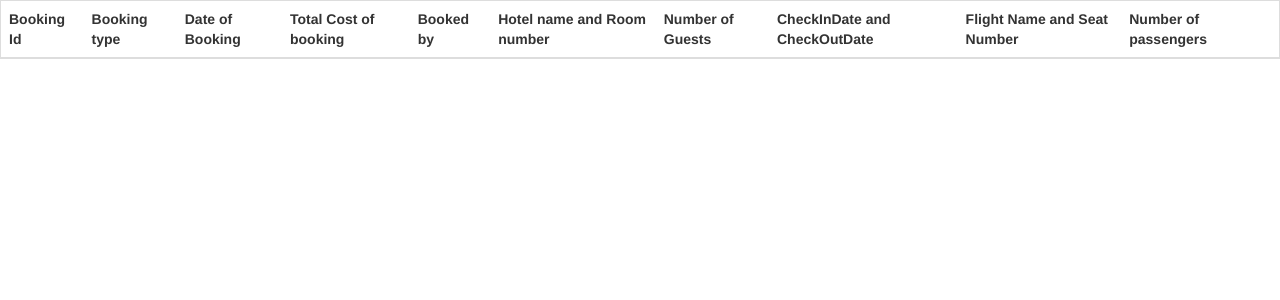
Repository: pparaska/Important
Page: http://localhost/website/WEB-INF/jsp/BookingInformation.jsp
The author's editor kept a copy of each file at every save. The page is drawn from the files as they stood at one save, then again after the next save.
The browser window is 1280 px wide. The pictures show the whole page.
The page is served by Tomcat 9. Nobody is signed in. Other server files are loaded and not shown. The template is opened directly, without the code that normally fills it, so the values that code supplies are empty.

Above is the page before, as saved 2019-02-15 07:45:59.

### Tripweb/website/src/main/webapp/WEB-INF/jsp/BookingInformation.jsp
<%@ page language="java" contentType="text/html; charset=ISO-8859-1"
	pageEncoding="ISO-8859-1"%>

<!DOCTYPE html>
<html>
<head>
<!-- Latest compiled and minified CSS -->
<link rel="stylesheet"
	href="https://maxcdn.bootstrapcdn.com/bootstrap/3.4.0/css/bootstrap.min.css">

<!-- jQuery library -->
<script
	src="https://ajax.googleapis.com/ajax/libs/jquery/3.3.1/jquery.min.js"></script>

<!-- Latest compiled JavaScript -->
<script
	src="https://maxcdn.bootstrapcdn.com/bootstrap/3.4.0/js/bootstrap.min.js"></script>
<meta charset="ISO-8859-1">
<title>Insert title here</title>
</head>
<body>
	<form action="bookingInformation">
		<table class="table">
			<thead class="table table-bordered table-dark">
				<tr>
					<th scope="col">Booking Id</th>
					<th scope="col">Booking type</th>
					<th scope="col">Date of Booking</th>
					<th scope="col">Total Cost of booking</th>
					<th scope="col">Booked by</th>
					<th scope="col">Hotel name and Room number</th>
					<th scope="col">Number of Guests</th>
					<th scope="col">CheckInDate and CheckOutDate</th>
					<th scope="col">Flight Name and Seat Number</th>
					<th scope="col">Number of passengers</th>
					<th>
				</tr>
			</thead>
			<tbody>

				<tr>
					<td>${bookingList.bookingID}</td>
					<td>${bookingList.bookingType}</td>
					<td>${bookingList.dateOfBooking}</td>
					<td>${bookingList.totalCost}</td>
					<td>${bookingList.bookedBy.fullName}</td>
					<td>${bookingList.hotel.hotelName} ${bookingList.room.roomNumber}</td>
					<td><!-- <a href=guestsDetails> -->${bookingList.numberOfGuest}</td>
					<td>${bookingList.checkInDate}</td>
					<td>${bookingList.checkOutDate}</td>
					<td>${bookingList.flight.flightName}${bookingList.flight.seat.row}${bookingList.flight.seat.column}</td>
					<td><a href="passengerDetails">${bookingList.numberOfPassengers}</a>

				</tr>
			</tbody>
		</table>
	</form>
</body>
</html>

After the next save:
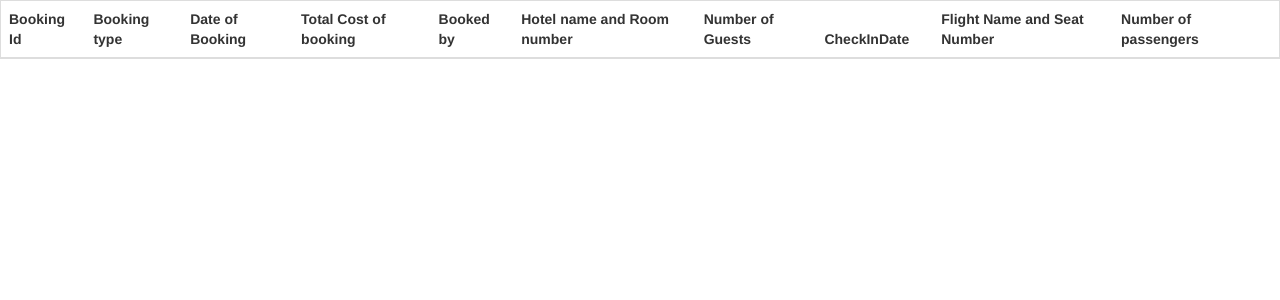
Saved 42 s later.
--- a/Tripweb/website/src/main/webapp/WEB-INF/jsp/BookingInformation.jsp
+++ b/Tripweb/website/src/main/webapp/WEB-INF/jsp/BookingInformation.jsp
@@ -30,7 +30,8 @@
 					<th scope="col">Booked by</th>
 					<th scope="col">Hotel name and Room number</th>
 					<th scope="col">Number of Guests</th>
-					<th scope="col">CheckInDate and CheckOutDate</th>
+					<th scope="col">CheckInDate</th>
+					<th scope="col"></th>
 					<th scope="col">Flight Name and Seat Number</th>
 					<th scope="col">Number of passengers</th>
 					<th>
